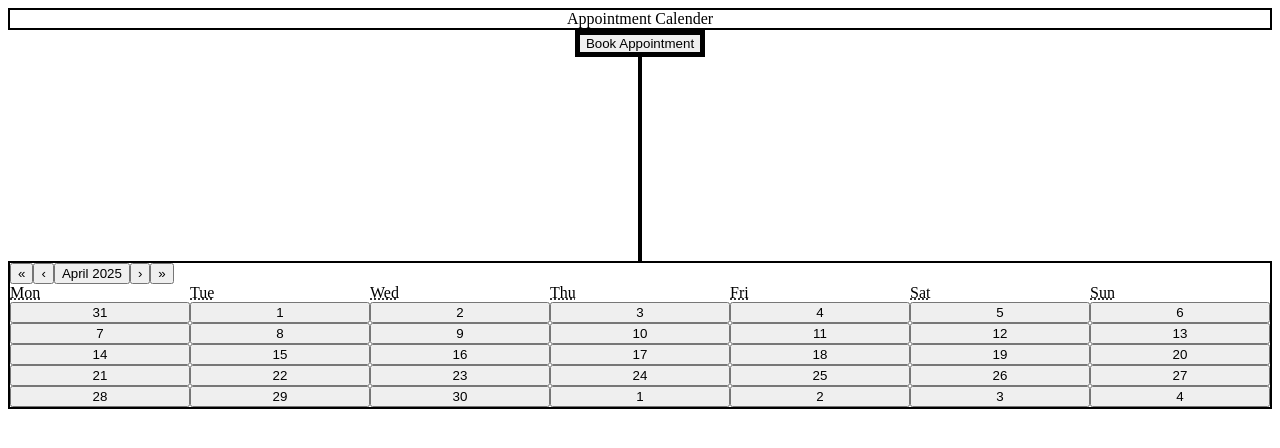
Repository: KennethEskandari/Appointment-Calender-
Page: / (app in Appointment-Calender/)
The author's editor kept a copy of each file at every save. The page is drawn from the files as they stood at one save, then again after the next save.
The browser window is 1280 px wide. The pictures show the whole page.
The project was rebuilt for these pictures with package versions that can differ from the ones it lists, and the page was loaded fresh each time. Also part of the build but not shown: Appointment-Calender/vite.config.js.

Above is the page before, as saved 2025-04-15 19:41:30.

After the next save:
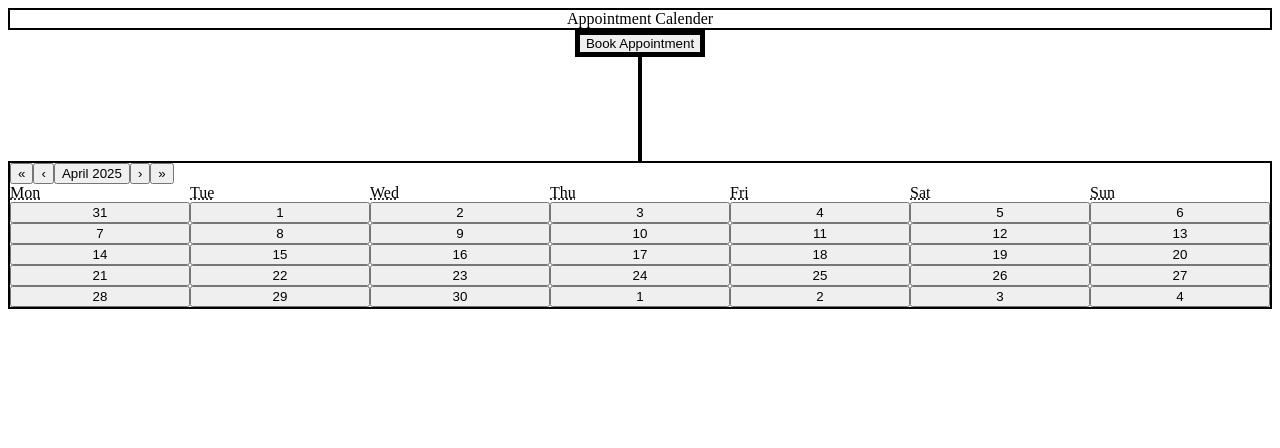
Saved 6 s later.
--- a/Appointment-Calender/src/App.jsx
+++ b/Appointment-Calender/src/App.jsx
@@ -9,7 +9,7 @@ function App() {
       <header className="h-16 border-2 text-center text-2xl bg-purple-400">Appointment Calender</header>
       <button className="text-2xl mx-auto block border-5 mt-8 bg-purple-400 rounded-lg px-4 py-1">Book Appointment</button>
 
-      <div className="mt-8 mx-auto border-2 rounded-lg" style={{ height: '200px', width: 'fit-content' }}></div>
+      <div className="mt-8 mx-auto border-2 rounded-lg" style={{ height: '100px', width: 'fit-content' }}></div>
       <Calendar onChange={setDate} value={date} className="mx-auto mt-8 border-2 rounded-lg" />
     </div>
 
